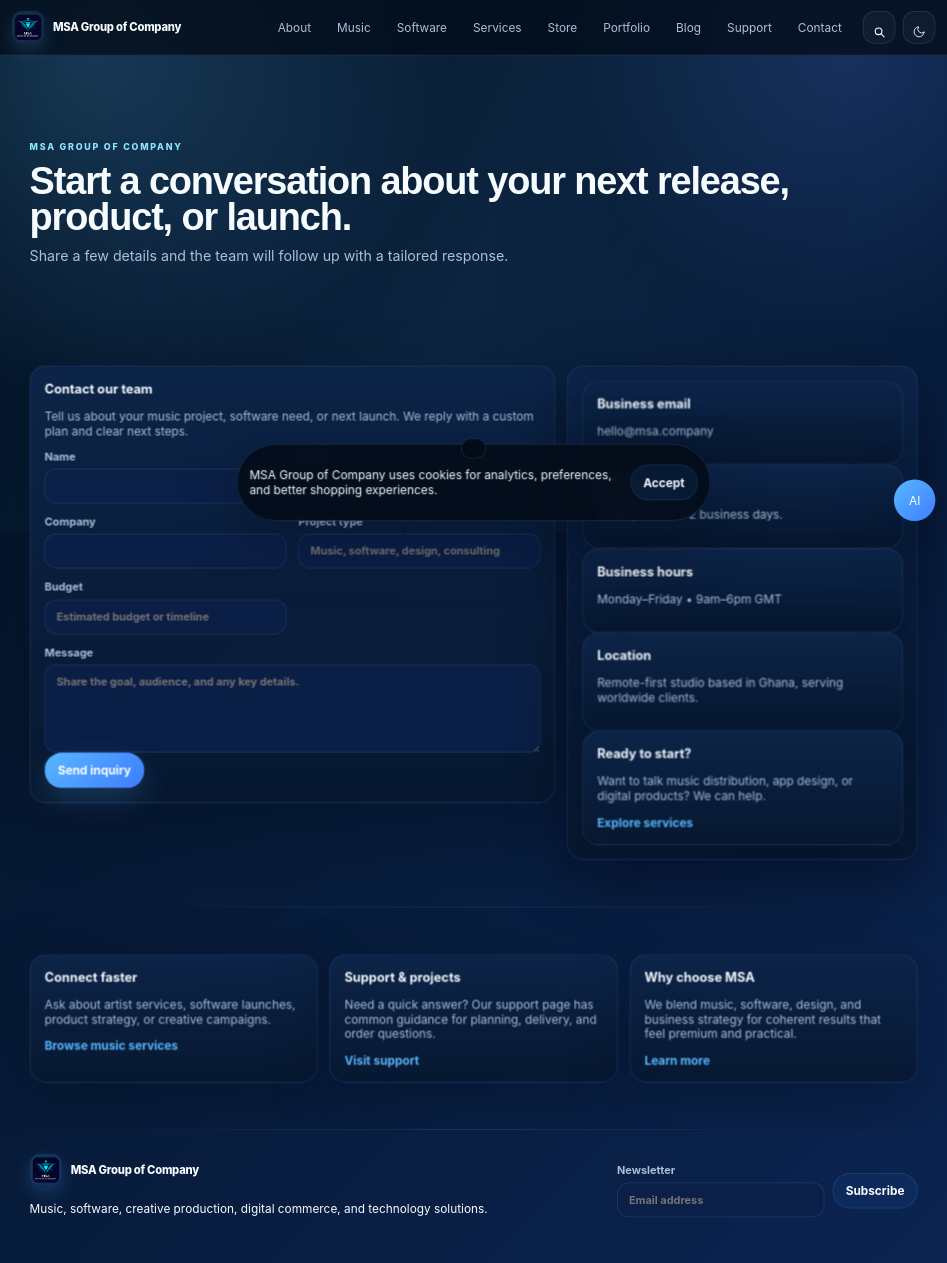
Repository: wifiasert/MSA-Group-of-Company
Page: contact/index.html
The author's editor kept a copy of each file at every save. The page is drawn from the files as they stood at one save, then again after the next save.
The browser window is 1280 px wide. The pictures show the whole page, at 74% of full size.

Above is the page before, as saved 2026-07-18 04:16:53.

After the next save:
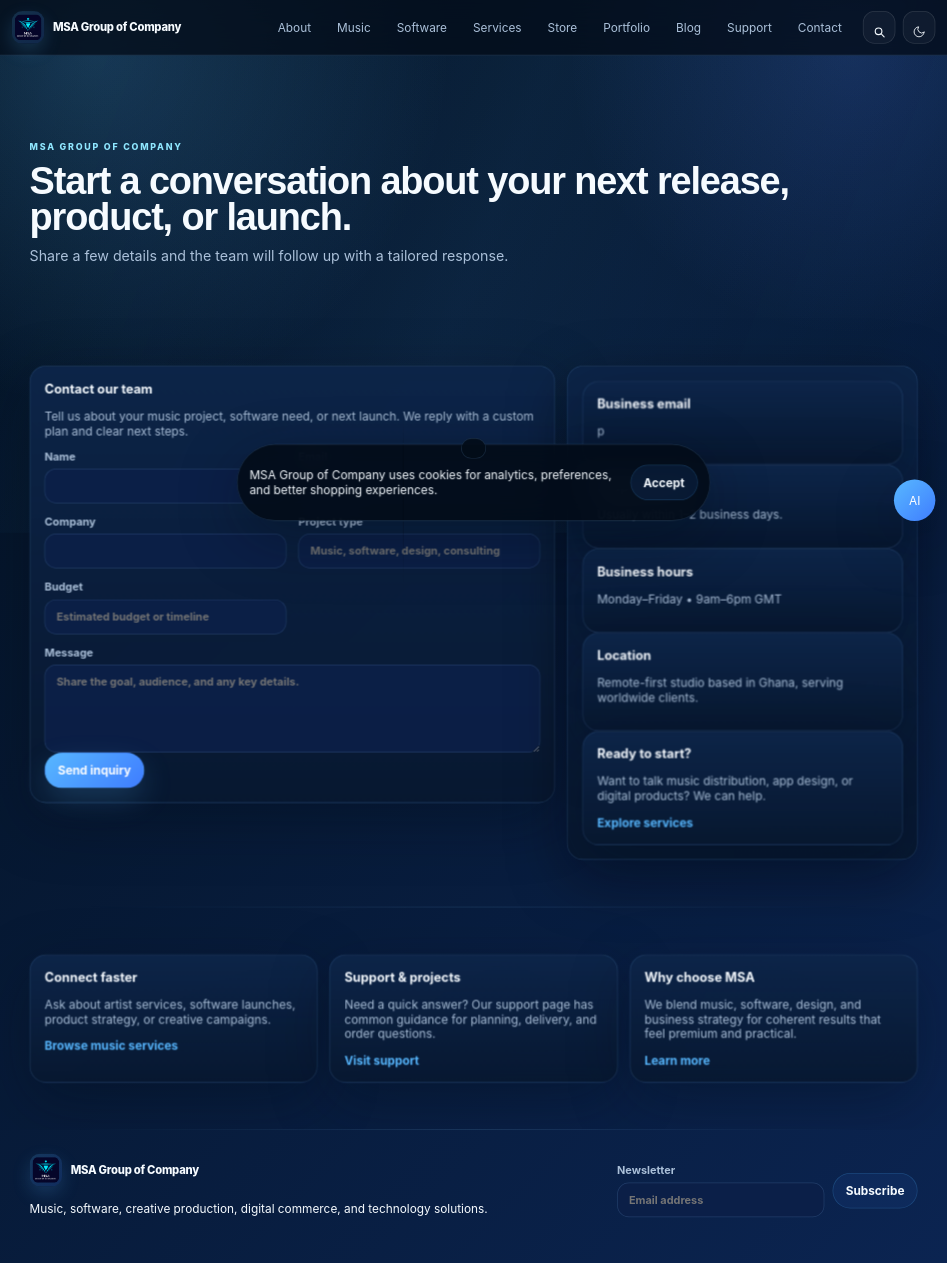
Saved 106 s later.
--- a/contact/index.html
+++ b/contact/index.html
@@ -249,19 +249,7 @@
             }
           ]
         },
-        {
-          "@type": "OfferCatalog",
-          "name": "Software Store",
-          "itemListElement": [
-            {
-              "@type": "Offer",
-              "itemOffered": {
-                "@type": "Service",
-                "name": "Software Store"
-              }
-            }
-          ]
-        },
+
         {
           "@type": "OfferCatalog",
           "name": "App Development",
@@ -304,7 +292,7 @@
       <div class="nav-links" id="navLinks">
         <div class="nav-item"><a href="../about/">About</a></div>
         <div class="nav-item"><a href="../music/">Music</a><div class="submenu"><a href="../music/record-label/">Record Label</a><a href="../music/distribution/">Distribution</a><a href="../music/publishing/">Publishing</a><a href="../music/artist-services/">Artist Services</a></div></div>
-        <div class="nav-item"><a href="../software/">Software</a><div class="submenu"><a href="../software/available/">Available</a><a href="../software/store/">Store</a><a href="../software/coming-soon/">Coming Soon</a></div></div>
+        <div class="nav-item"><a href="../software/">Software</a><div class="submenu"><a href="../software/available/">Available</a><a href="../software/coming-soon/">Coming Soon</a></div></div>
         <div class="nav-item"><a href="../services/">Services</a></div>
         <div class="nav-item"><a href="../store/">Store</a></div>
         <div class="nav-item"><a href="../portfolio/">Portfolio</a></div>
@@ -335,7 +323,7 @@
           </form>
         </div>
         <div class="stack">
-          <article class="detail-card"><h3>Business email</h3><p>hello@msa.company</p></article>
+          <article class="detail-card"><h3>Business email</h3><p>p</p></article>
           <article class="detail-card"><h3>Response time</h3><p>Usually within 1–2 business days.</p></article>
           <article class="detail-card"><h3>Business hours</h3><p>Monday–Friday • 9am–6pm GMT</p></article>
           <article class="detail-card"><h3>Location</h3><p>Remote-first studio based in Ghana, serving worldwide clients.</p></article>
